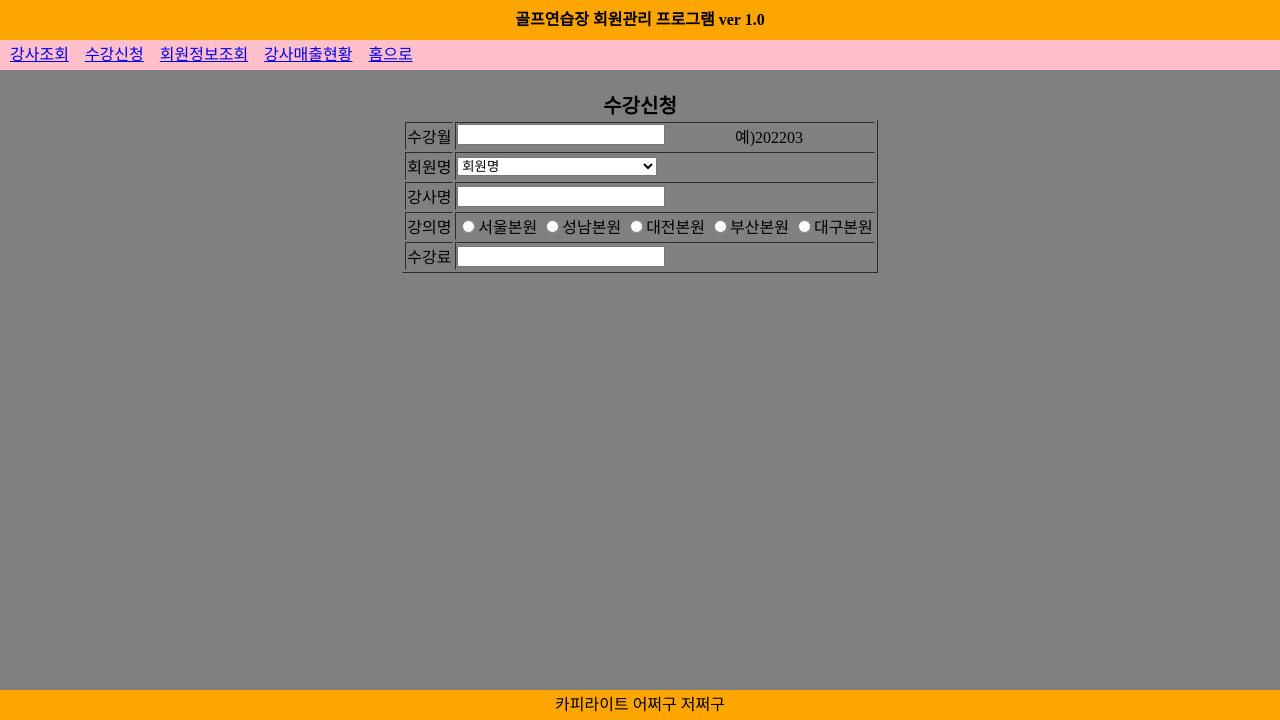
Repository: wjdwlgns1101/school_hrd
Page: http://localhost/hrd_30111_1_/insert.jsp
These files come from the project's save history. The page is drawn as it stood at one moment and after the next save; the edit follows.
The browser window is 1280 px wide. The pictures show the whole page.
The page is served by Tomcat 9. The database holds what the project's SQL file puts in it.

Above is the page before, as saved 2024-05-12 09:05:01.

### hrd_30111_(1)/hrd_30111(1)/src/main/webapp/insert.jsp
<%@ include file="db.jsp" %>
<%@ page language="java" contentType="text/html; charset=UTF-8"
    pageEncoding="UTF-8"%>
<!DOCTYPE html>
<html>
<head>
<meta charset="UTF-8">
<title>Insert title here</title>
</head>
<body>
<jsp:include page="header.jsp"></jsp:include>
<section style="position: fixed; background-color: gray; top: 70px; text-align: center; left: 0; width: 100%; height: 100%; padding-top: 20px;">
<b style="font-size: 20px;">수강신청</b>
<form method="post" action="t_list.jsp" name="frm" style="display: flex; align-items: center; justify-content: center;">

<table border="1">
<tr>
	<td style="text-align: center;"> 수강월 </td>
	<td> <input type="text" name="resist_month" style="width: 200px; float: left; "> 예)202203  </td>
</tr>
<tr>
	<td style="text-align: center; "> 회원명 </td>
	<td><select name="c_name" style="width: 200px; float: left;">
		<option value=""> 회원명 </option>
		<%
			String member_sql ="select c_name from TBL_MEMBER_202201";
			PreparedStatement pstmt = conn.prepareStatement(member_sql);
			ResultSet rs = pstmt.executeQuery();

			while(rs.next()){
				out.print("<option value =" + rs.getString("c_name") + ">" + rs.getString("c_name") + "</option>");
			}
		%>

	</select>
	</td>
</tr>
<tr>
	<td style="text-align: center;"> 강사명 </td>
	<td><input type="text" name="c_no" style="width: 200px; float: left;"></td>
</tr>
<tr>
	<td style="text-align: center;"> 강의명 </td>
	<td>
		<input type="radio">서울본원</input>
		<input type="radio">성남본원</input>
		<input type="radio">대전본원</input>
		<input type="radio">부산본원</input>
		<input type="radio">대구본원</input>
</tr>
<tr>
	<td style="text-align: center;"> 수강료 </td>
	<td><input type="text" name="class_price" style="width: 200px; float: left;"></td>

	</td>
</tr>











</table>
</form>
</section>

<jsp:include page="footer.jsp"></jsp:include>
</body>
</html>

### hrd_30111_(1)/hrd_30111(1)/src/main/webapp/db.jsp
<%@ page language="java" contentType="text/html; charset=UTF-8"
    pageEncoding="UTF-8"%>
<%@ page import="java.sql.*" %>

<%
Connection conn = null;
try{
    Class.forName("com.mysql.cj.jdbc.Driver");
    conn = DriverManager.getConnection("jdbc:mysql://localhost:3307/school_db","root","user1101");

}
catch(Exception e){
    e.printStackTrace();
}

%>

### hrd_30111_(1)/hrd_30111(1)/src/main/webapp/header.jsp
<%@ page language="java" contentType="text/html; charset=UTF-8"
    pageEncoding="UTF-8"%>
<!DOCTYPE html>
<html>
<head>
<meta charset="UTF-8">
<title>Insert title here</title>
</head>
<body>
<header style="position: fixed; background-color: orange; width: 100%; height: 40px; padding: 0; left: 0; top: 0; text-align: center; line-height: 40px;'">
	<b>골프연습장 회원관리 프로그램 ver 1.0</b>

<nav style="background-color: pink; text-align: left; padding-left: 10px; height: 30px; line-height: 30px;" >

	<a href="t_list.jsp">강사조회</a> &nbsp;&nbsp;
	<a href="insert.jsp">수강신청</a> &nbsp;&nbsp;
	<a href="#">회원정보조회</a> &nbsp;&nbsp;
	<a href="#">강사매출현황</a> &nbsp;&nbsp;
	<a href="index.jsp">홈으로</a>

</nav>

</header>


</body>
</html>

### hrd_30111_(1)/hrd_30111(1)/src/main/webapp/footer.jsp
<%@ page language="java" contentType="text/html; charset=UTF-8"
    pageEncoding="UTF-8"%>
<!DOCTYPE html>
<html>
<head>
<meta charset="UTF-8">
<title>Insert title here</title>
</head>
<body>
<footer style="position: fixed; background-color: orange; width: 100%; height: 30px; left: 0; bottom: 0; text-align: center; line-height: 30px;">
	카피라이트 어쩌구 저쩌구
</footer>
</body>
</html>

### hrd_30111_(1)/hrd_30111(1)/src/main/webapp/db.sql (the tables this page reads)
CREATE TABLE TBL_MEMBER_202201(
	c_no char(5) not null,
	c_name varchar(15),
	phone varchar(11),
	address varchar(50),
	grade varchar(6),
	primary key(c_no)
);

INSERT INTO TBL_MEMBER_202201 VALUES('10001', '홍길동', '01011112222', '서울시 강남구', '일반');

INSERT INTO TBL_MEMBER_202201 VALUES('10002', '장발장', '01022223333', '성남시 분당구', '일반');

INSERT INTO TBL_MEMBER_202201 VALUES('10003', '임꺽정', '01033334444', '대전시 유성구', '일반');

INSERT INTO TBL_MEMBER_202201 VALUES('10004', '성춘향', '01044445555', '부산시 서구', 'VIP');

INSERT INTO TBL_MEMBER_202201 VALUES('10005', '이몽룡', '01055556666', '대구시 북구', 'VIP');

After the next save:
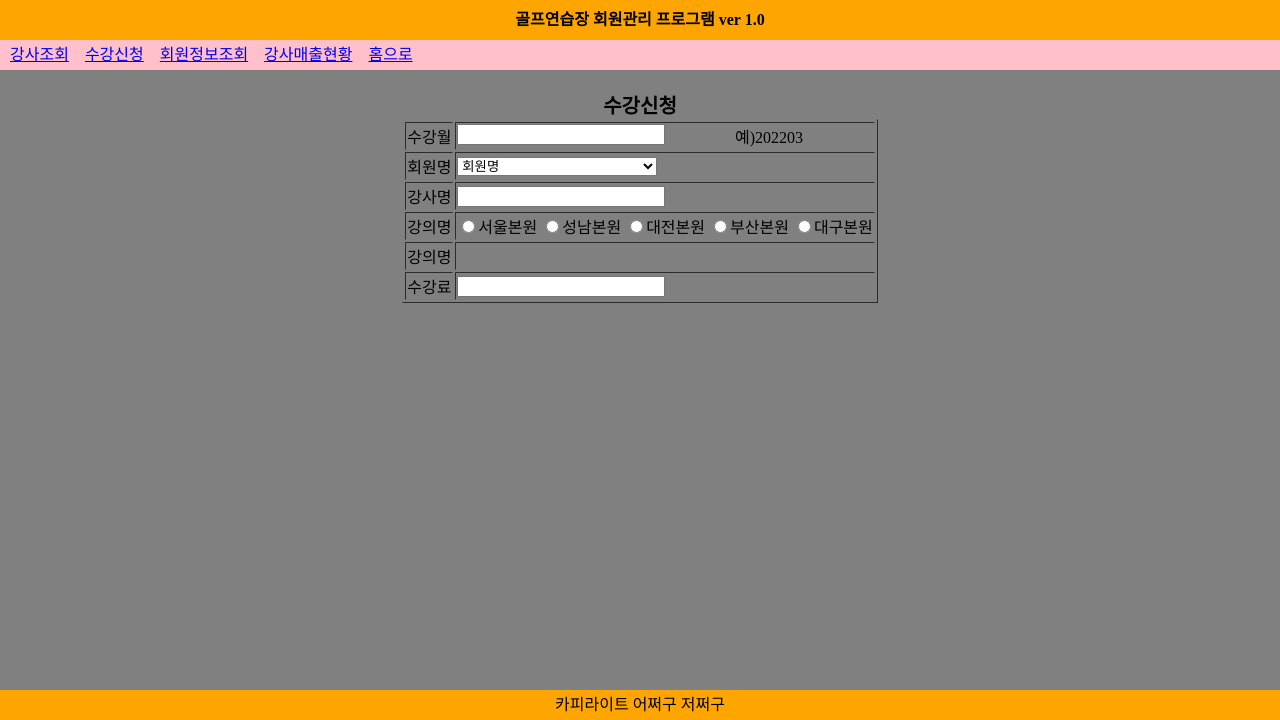
Saved 68 s later.
--- a/hrd_30111_(1)/hrd_30111(1)/src/main/webapp/insert.jsp
+++ b/hrd_30111_(1)/hrd_30111(1)/src/main/webapp/insert.jsp
@@ -49,6 +49,14 @@
 		<input type="radio">대구본원</input>
 </tr>
 <tr>
+	<td style="text-align: center;"> 강의명 </td>
+	<td>
+
+
+	</td>
+</tr>
+
+<tr>
 	<td style="text-align: center;"> 수강료 </td>
 	<td><input type="text" name="class_price" style="width: 200px; float: left;"></td>
 
